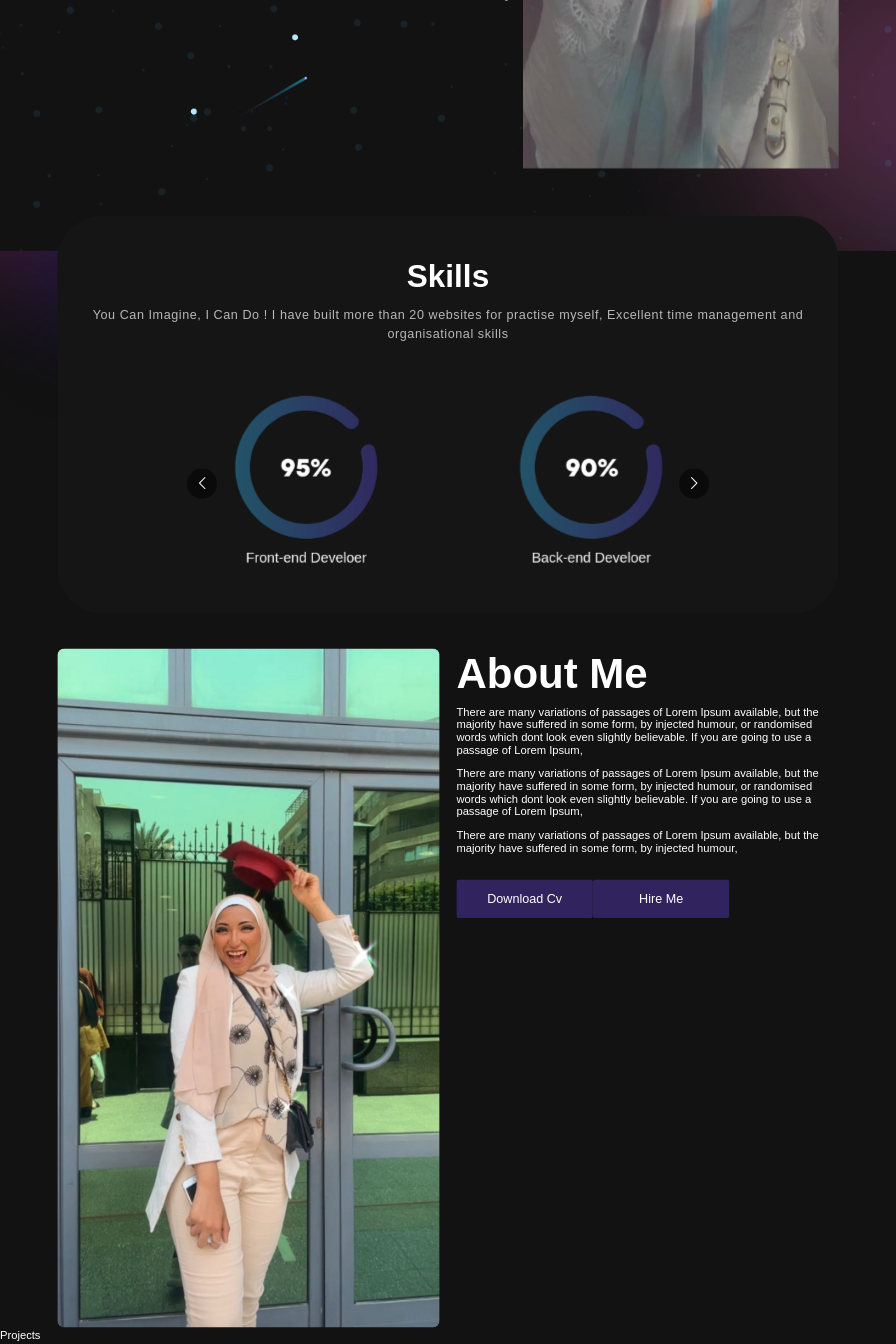
Repository: OmniaRafat232111121/portfolio
Page: /
An editor plug-in stored every save of this project. The page is shown before and after the next save, followed by the edit.
The browser window is 1280 px wide. The pictures show the part of the page from y = 829 to 2749 px (the page is 2749 px tall), at 70% of full size.
The project was rebuilt for these pictures with package versions that can differ from the ones it lists, and the page was loaded fresh each time. Also part of the build but not shown: webpack.config.js.

Above is the page before, as saved 2022-07-20 03:05:03.

After the next save:
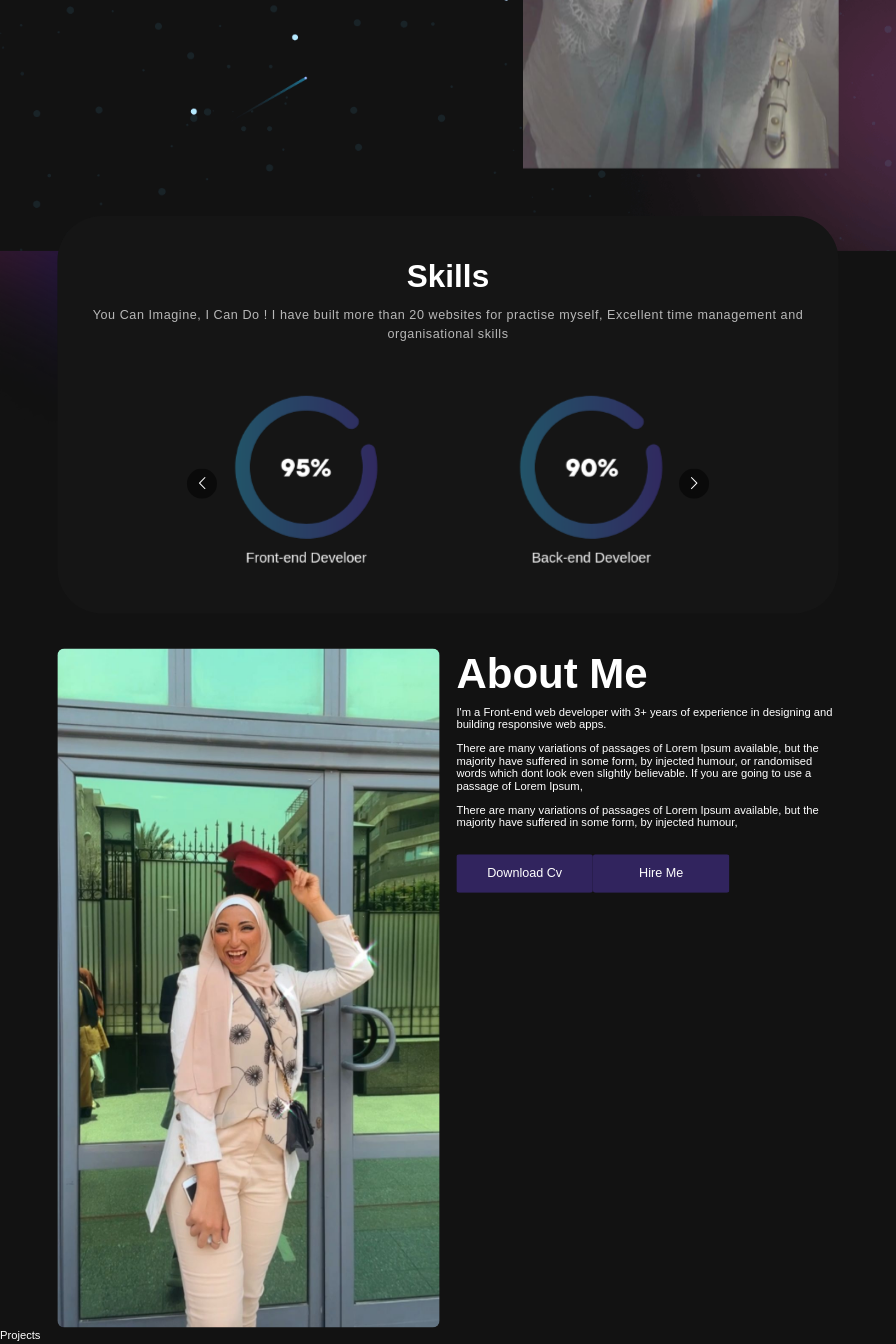
Saved 4 min 0 s later.
--- a/src/components/About.js
+++ b/src/components/About.js
@@ -19,10 +19,7 @@ function About() {
             <h1 className="about__heading">About Me</h1>
             <div className="about__meta">
               <p className="about__text p__color">
-                There are many variations of passages of Lorem Ipsum available,
-                but the majority have suffered in some form, by injected humour,
-                or randomised words which dont look even slightly believable. If
-                you are going to use a passage of Lorem Ipsum,
+              I'm a Front-end web developer with 3+ years of experience in designing and building responsive web apps.
               </p>
               <p className="about__text p__color">
                 There are many variations of passages of Lorem Ipsum available,
